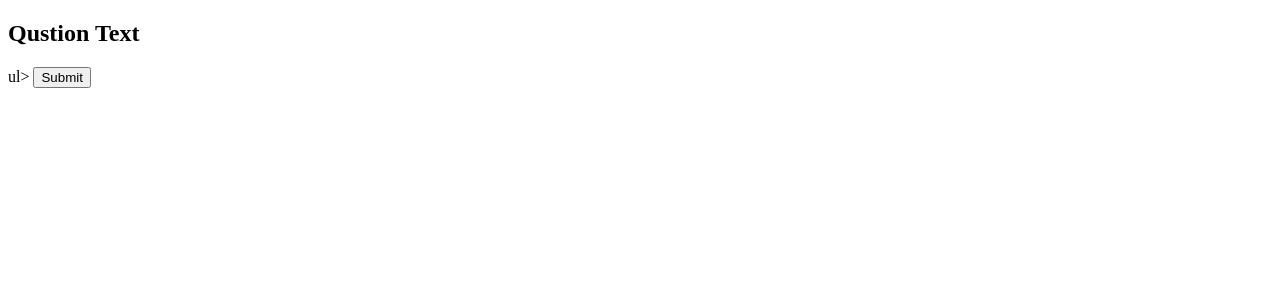
Repository: Abhi2359/Intermediate-projects
Page: Quiz App/index.html
The author's editor kept a copy of each file at every save. The page is drawn from the files as they stood at one save, then again after a run of saves.
The browser window is 1280 px wide. The pictures show the whole page.

Above is the page before, as saved 2023-01-31 12:57:13.

### Quiz App/index.html
<!DOCTYPE html>
<html lang="en">
  <head>
    <meta charset="UTF-8" />
    <meta http-equiv="X-UA-Compatible" content="IE=edge" />
    <meta name="viewport" content="width=device-width, initial-scale=1.0" />
    <title>Quiz App</title>
  </head>
  <body>
    <div class="quiz-container">
        <h2>Qustion Text</h2>
        ul>
        <button>Submit</button>
    </div>
  </body>
</html>

After the next 5 saves:
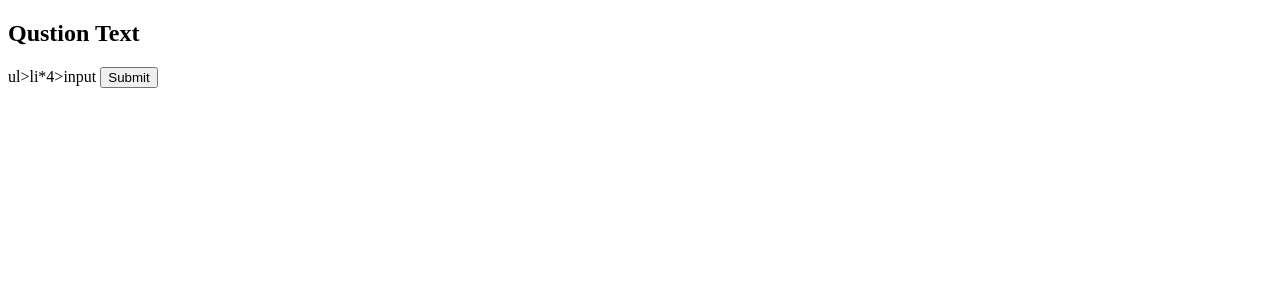
The 5 saves are shown as one change because they came seconds apart.
The last was saved 13 s later.
--- a/Quiz App/index.html
+++ b/Quiz App/index.html
@@ -9,7 +9,7 @@
   <body>
     <div class="quiz-container">
         <h2>Qustion Text</h2>
-        ul>
+        ul>li*4>input
         <button>Submit</button>
     </div>
   </body>
